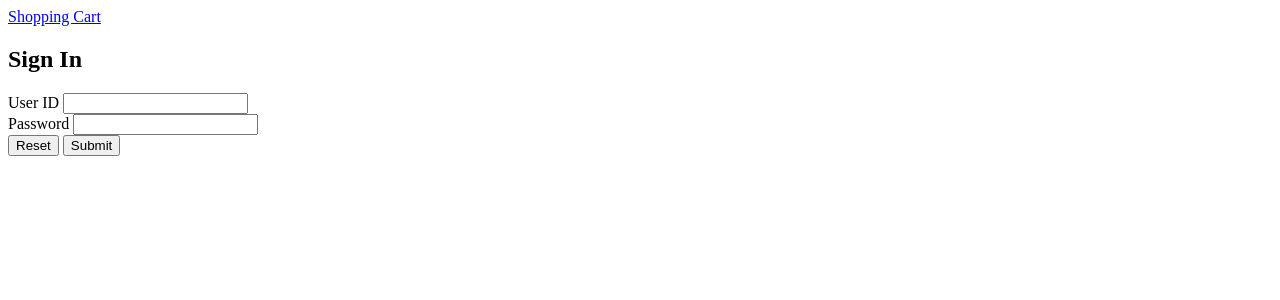
Repository: AravindMarshall/ShoppingCart
Page: http://localhost/Phineas/Login.jsp
An editor plug-in stored every save of this project. The page is shown before and after the next save, followed by the edit.
The browser window is 1280 px wide. The pictures show the whole page.
The page is served by Tomcat 9. Other server files are loaded and not shown.

Above is the page before, as saved 2016-06-09 08:38:35.

### NIIT Shopping Cart/Phineas/WebContent/Login.jsp
<%@ page language="java" contentType="text/html; charset=ISO-8859-1"
    pageEncoding="ISO-8859-1"%>
<html>
<head>
<meta http-equiv="Content-Type" content="text/html; charset=ISO-8859-1">
<title>ShoppingCart Login</title>
</head>
<body>

<form role="form">
<div class="container">
    <div class="navbar-header">
        <a class="navbar-brand animate" href="home.jsp">Shopping Cart</a>
      </div>
    </div>

<div class= "Login">
<div class="container">
  <h2>Sign In</h2>
  <label for "Name">User ID</label>
<input type = "text" class="userId" Id = "Name">
</div>
<div class= "Login">
<label for "Pass">Password</label>
<input type = "password" class="form-control" Id = "pass">
</div>
<button type="Reset" class="btn btn-danger">Reset</button>
<button type="submit" class="btn btn-default">Submit</button>
</div>
</form>

</body>
</html>

After the next save:
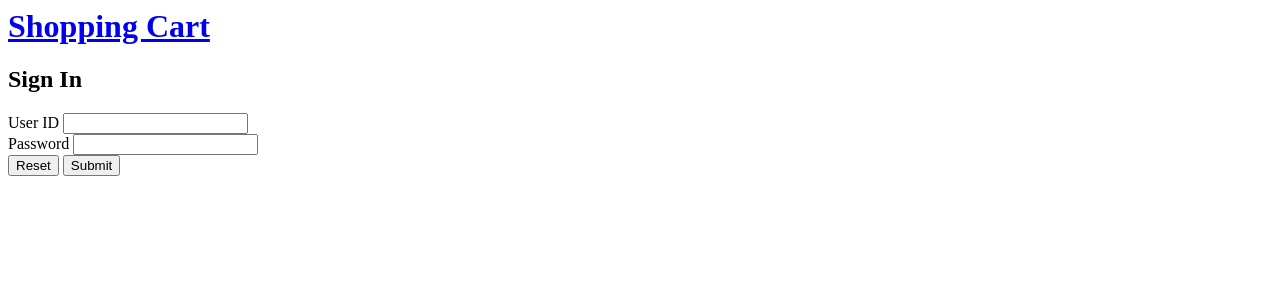
Saved 5 min 13 s later.
--- a/NIIT Shopping Cart/Phineas/WebContent/Login.jsp
+++ b/NIIT Shopping Cart/Phineas/WebContent/Login.jsp
@@ -10,7 +10,8 @@
 <form role="form">
 <div class="container">
     <div class="navbar-header">
-        <a class="navbar-brand animate" href="home.jsp">Shopping Cart</a>
+       <h1><a class="navbar-brand animate" href="home.jsp">Shopping Cart</a>
+      </h1>
       </div>
     </div>
 
